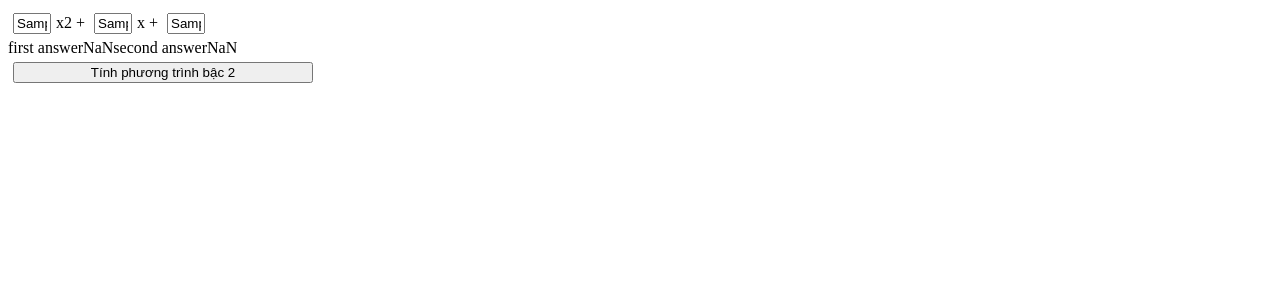
Repository: phunobi1807/quadraticEquation2
Page: index.html
These files come from the project's save history. The page is drawn as it stood at one moment and after the next save; the edit follows.
The browser window is 1280 px wide. The pictures show the whole page.
Empty fields were first filled with sample values (such as "Sample", 5 or name@example.com).
After loading, the first visible `#oke` was clicked once.

Above is the page before, as saved 2022-07-25 13:46:08.
Not found: css/currency.default.css

### index.html
<!DOCTYPE html>
<html lang="en">

<head>
  <meta charset="UTF-8" />
  <meta http-equiv="X-UA-Compatible" content="IE=edge" />
  <meta name="viewport" content="width=device-width, initial-scale=1.0" />
  <title>Document</title>
  <script src="https://code.jquery.com/jquery-3.6.0.slim.min.js"
    integrity="sha256-u7e5khyithlIdTpu22PHhENmPcRdFiHRjhAuHcs05RI=" crossorigin="anonymous"></script>
  <link rel="stylesheet" href="./styles.css" />
  <script src="https://code.jquery.com/jquery-3.6.0.slim.min.js"
    integrity="sha256-u7e5khyithlIdTpu22PHhENmPcRdFiHRjhAuHcs05RI=" crossorigin="anonymous"></script>
  <link type="text/css" rel="stylesheet" href="css/currency.default.css">
</head>

<body>

  <!--

    Các bước tính phương trình bậc 2
    - 1. TÍNH BIỆT SỐ
    - 2. Suy luận 3 kết quả
    - 2.1. Vô nghiệm
    - 2.2. Nghiệm kép
    - 2.3. 2 Nghiệm

  -->

  <!-- <input type="text" class="number" value="" placeholder="A" />x2 +
  <input type="text" class="number" value="" placeholder="B" />x +
  <input type="text" class="number" value="" placeholder="C" />
  <button type="submit">=</button>

  <input type="text" class="total" value="" placeholder="0" /> -->
  <input type='text' id="a" placeholder="A" />x2 +
  <input type='text' id="b" placeholder="B" />x +
  <input type='text' id="c" placeholder="C" />

  <div class="result">

  </div>

  <input type="button" id="oke" value="Tính phương trình bậc 2" style="min-width: 300px" />


  <script src="./myjs.js"></script>
</body>

</html>

### styles.css

 /* input.total {
    margin-top: 30px;
} */
 input {
    width: 30px;
    margin: 5px;
}

### myjs.js
$(document).ready(() => {
  // $(document).on("change", ".number", function () {
  //   var sum = 0;
  //   $(".number").each(function () {
  //     sum += +$(this).val();
  //   });
  //   $(".total").val(sum);
  // });

  /**
   * Tính phương trình bật 2 và trả ra kết quả
   * Khi hàm return false nghĩa là phương trình vô nghiệm
   * Còn có nghiệm thì lấy dạng object x1, x2
   *
   * @param {Number} a
   * @param {Number} b
   * @param {Number} c
   */
  function quadraticEquation2(a, b, c) {
    // Tính biệt số (gọi là delta) theo như công thức
    // Math.pow đại diện cho n bình phương m (n^m)
    let x1, x2;

    const delta = Math.pow(b, 2) - 4 * a * c;

    if (delta < 0) {
      return false;
    } else if (delta === 0) {
      x1 = x2 = -((b / 2) * a);
      return {
        x1: x1,
        x2: x2,
      };
    } else {
      x1 = (-b + Math.sqrt(delta)) / (2 * a);
      x2 = (-b - Math.sqrt(delta)) / (2 * a);
      return {
        x1: x1,
        x2: x2,
      };
    }
  }

  function renderResult(x1, x2) {
    $(".result")
      .html("")
      .append("first answer" + x1)
      .append("second answer" + x2);
  }

  function renderFalse() {
    $(".result")
      .html("Vô nghiệm")
  }

  $("#oke").on("click", function () {
    const a = parseFloat($("#a").val());
    const b = parseFloat($("#b").val());
    const c = parseFloat($("#c").val());

    const result = quadraticEquation2(a, b, c);

    if(result === false) {
      // Phương trình vô nghiệm
      renderFalse();
    } else {
      const {x1, x2} = result;
      // Nghiệm x1, x2
      renderResult(x1, x2);
    }

    console.log(result);

    // Cái render giao diện tính sau nhé, giờ tính toán được đã
  });
})

After the next save:
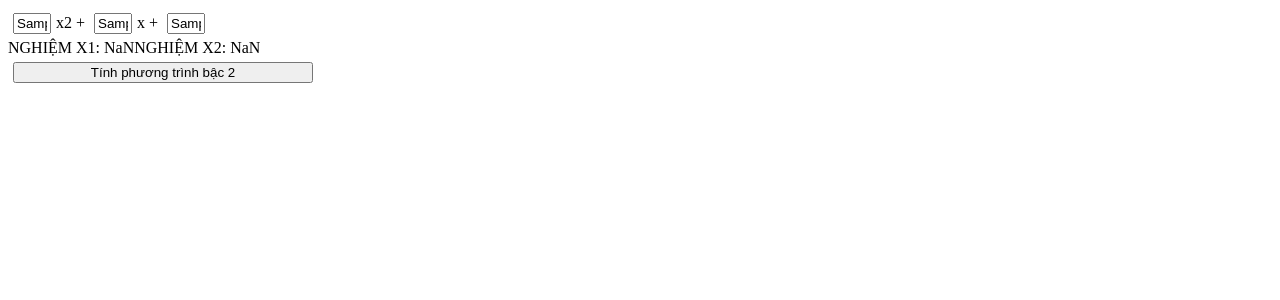
Saved 41 s later.
--- a/myjs.js
+++ b/myjs.js
@@ -44,8 +44,8 @@
   function renderResult(x1, x2) {
     $(".result")
       .html("")
-      .append("first answer" + x1)
-      .append("second answer" + x2);
+      .append("NGHIỆM X1: " + x1)
+      .append("NGHIỆM X2: " + x2);
   }
 
   function renderFalse() {
